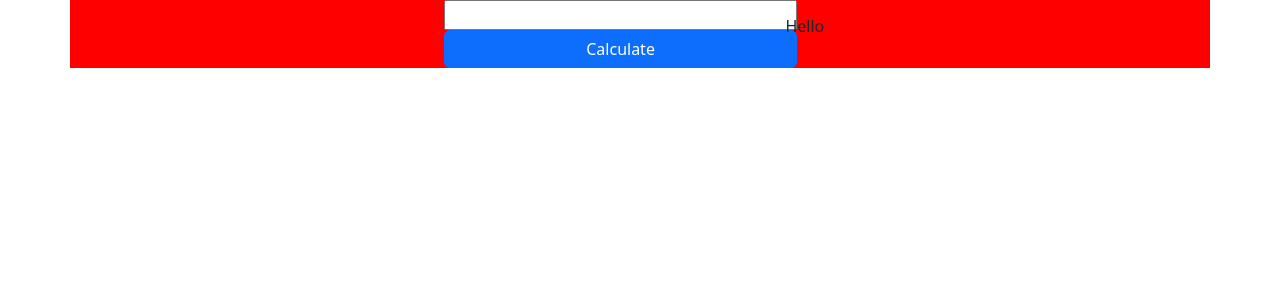
Repository: LeGrandMAG/magCalculator
Page: index.html
An editor plug-in stored every save of this project. The page is shown before and after a run of saves, followed by the edit.
The browser window is 1280 px wide. The pictures show the whole page.

Above is the page before, as saved 2022-05-26 12:47:21.
Console error: TypeError: document.getElementByClassName is not a function

After the next 2 saves:
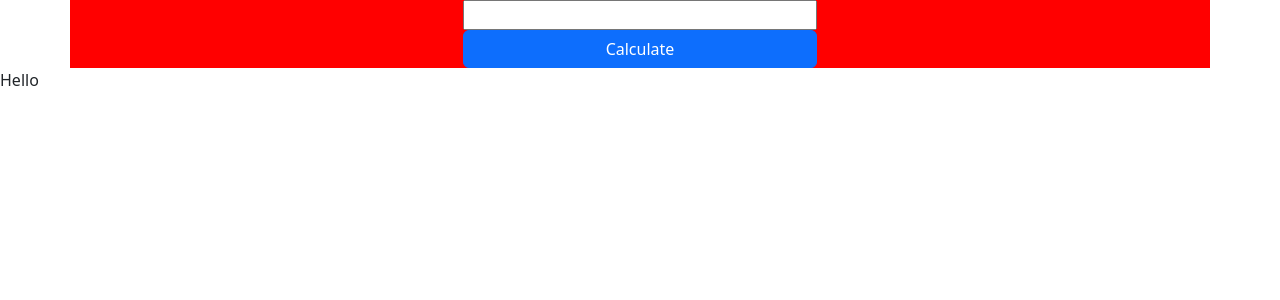
The 2 saves are shown as one change because they came seconds apart.
The last was saved 67 s later.
--- a/index.html
+++ b/index.html
@@ -19,8 +19,9 @@
 
             <button class="btn btn-primary"> Calculate</button>
         </form>
-        <p class="okay">Hello</p>
     </div>
+    <p class="okay">Hello</p>
+
 
 </body>
 </html>
